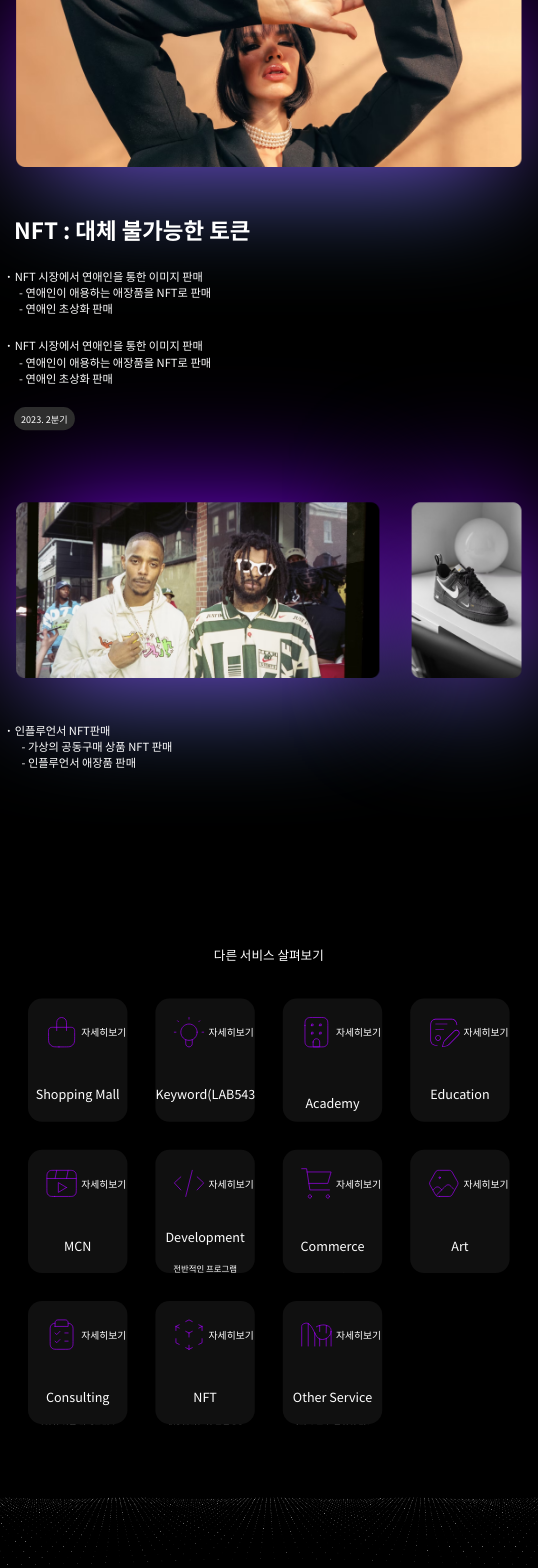
Repository: songhun115/Otwo
Page: sub-page/nft.html
An editor plug-in stored every save of this project. The page is shown before and after the next save, followed by the edit.
The browser window is 768 px wide. The pictures show the part of the page from y = 521 to 2761 px (the page is 2761 px tall before and 2741 px after), at 70% of full size.

Above is the page before, as saved 2022-11-23 11:27:55.
Not found: js/three.js

After the next save:
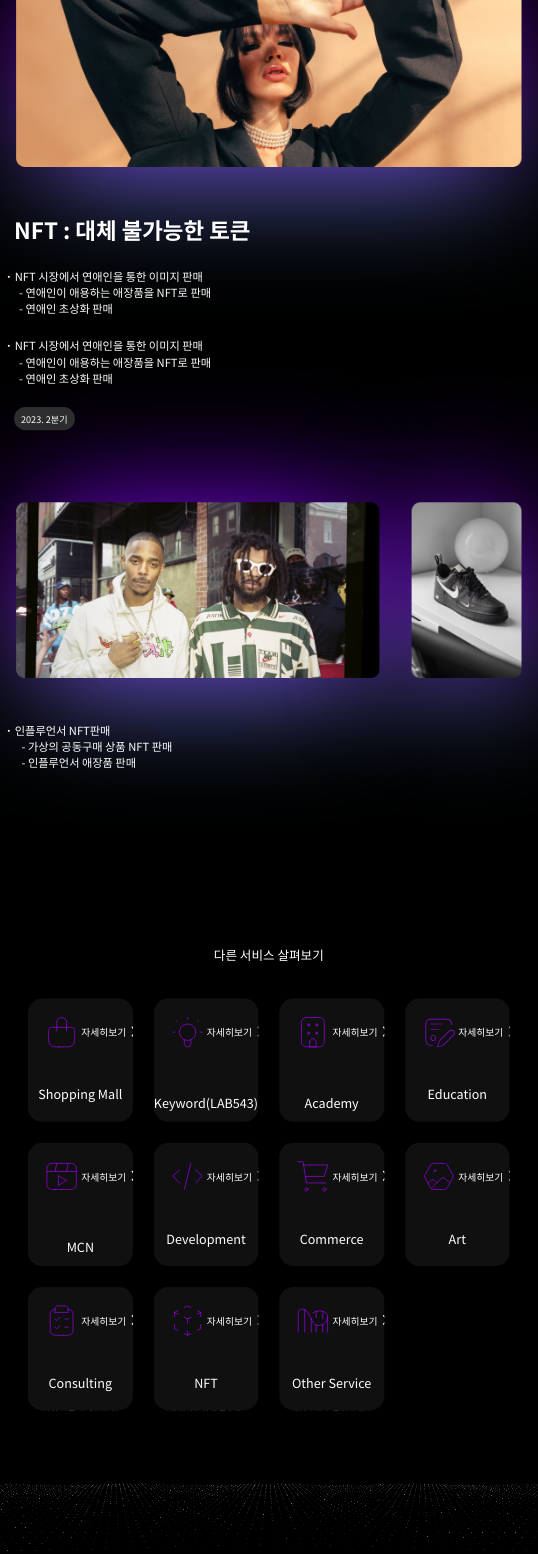
Saved 24 s later.
--- a/css/content.css
+++ b/css/content.css
@@ -171,7 +171,7 @@
   /*!서브페이지  */
   .sub-sec{padding:0 20px; box-sizing: border-box;}
   @media(max-width:1000px){
-    platform-list{gap: 30px;}
+    .platform-list{gap: 30px;}
   }
   @media(max-width:765px){
 
